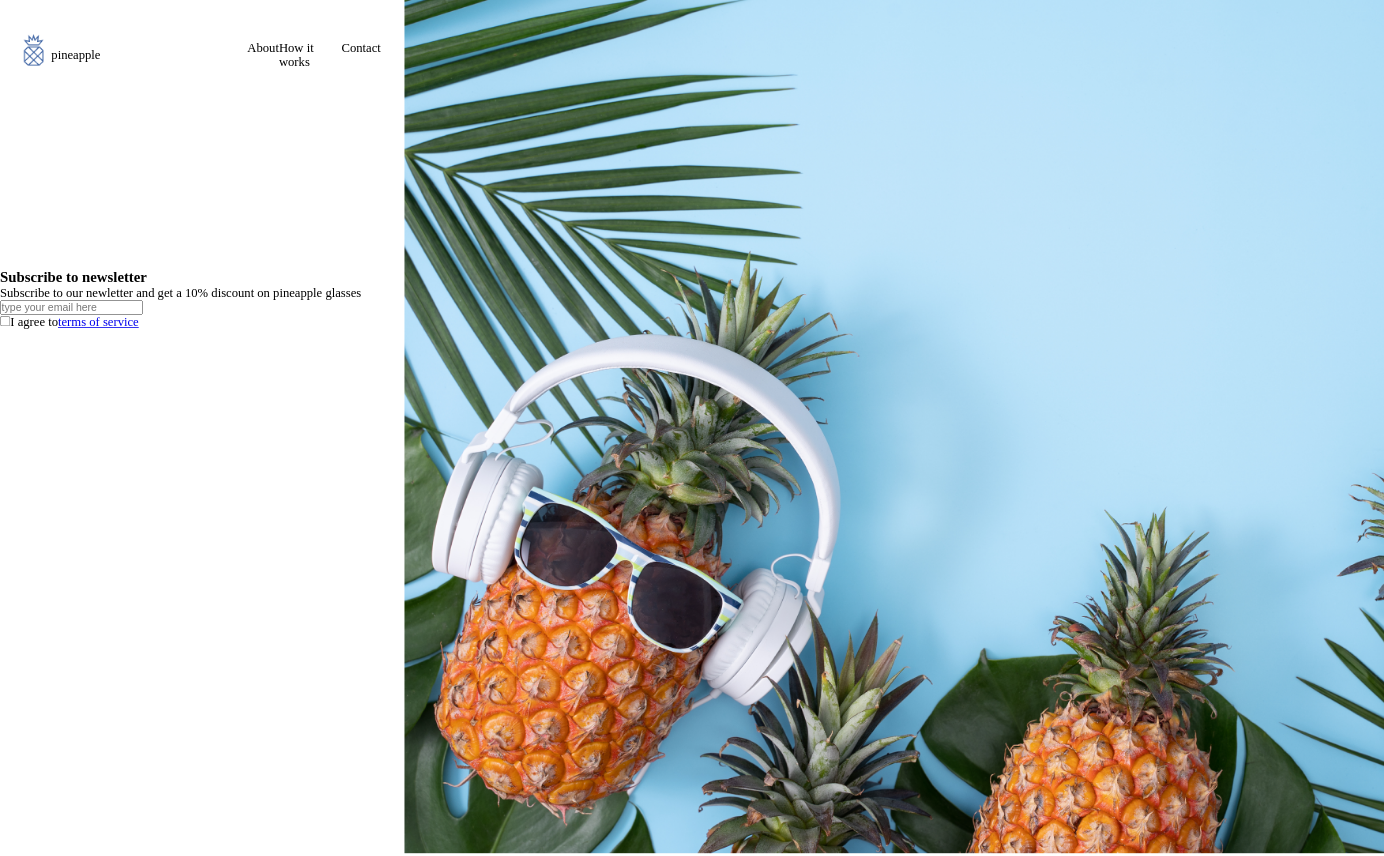
Repository: PaulsBebris/megabit-task
Page: /
The author's editor kept a copy of each file at every save. The page is drawn from the files as they stood at one save, then again after the next save.
The browser window is 1280 px wide. The page is 1752 px wide, so the pictures cover 1752 px, including what lies to the right of the window. The pictures show the whole page, at 79% of full size.
The project was rebuilt for these pictures with package versions that can differ from the ones it lists, and the page was loaded fresh each time.

Above is the page before, as saved 2021-04-19 10:39:23.

After the next save:
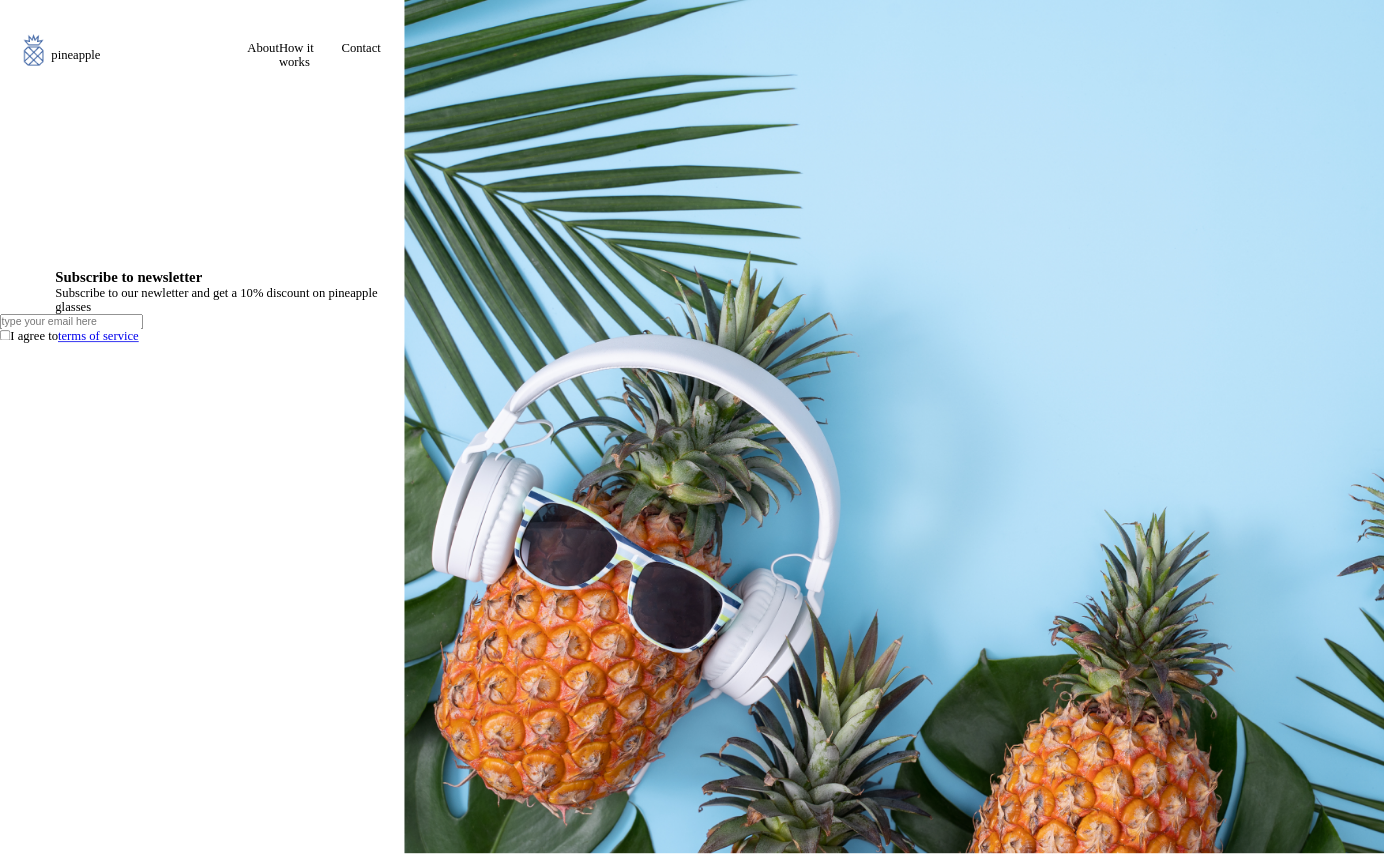
Saved 2 min 46 s later.
--- a/src/views/Home.vue
+++ b/src/views/Home.vue
@@ -94,6 +94,9 @@ export default {
   justify-content: space-between;
   width: 33%;
 }
+.content-wrapper {
+  margin-left: 70px;
+}
 
 // mobile
 @media screen and (max-width: 1024px) {
